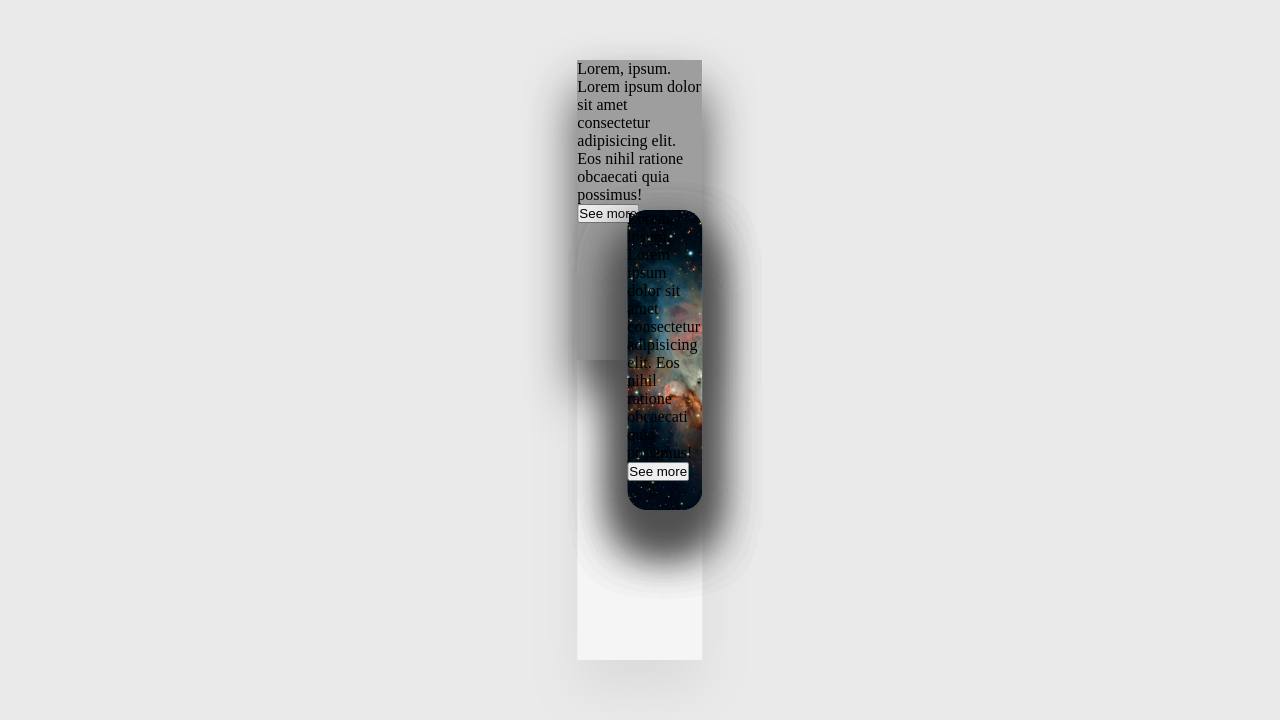
Repository: zeinawady/-Image-Slider-Project
Page: index.html
These files come from the project's save history. The page is drawn as it stood at one moment and after the next save; the edit follows.
The browser window is 1280 px wide. The pictures show the whole page.
Pictures or frames that could not be fetched are drawn as grey boxes.

Above is the page before, as saved 2024-09-19 16:24:53.

### index.html
<!DOCTYPE html>
<html lang="en">

<head>
    <meta charset="UTF-8">
    <meta name="viewport" content="width=device-width, initial-scale=1.0">
    <title>Image Slider</title>
    <link rel="stylesheet" href="css/style.css">
    <link rel="stylesheet" href="css/all.min.css">
</head>

<body>

    <div class="container">
        <div id="slide">
            <div class="item" style="background-image: url(images/img1.jpg);">
                <div class="content">
                    <div class="name">Lorem, ipsum. </div>
                    <div class="content">Lorem ipsum dolor sit amet consectetur adipisicing elit. Eos nihil ratione
                        obcaecati quia possimus!</div>
                        <button>See more</button>
                </div>
            </div>
            <div class="item" style="background-image: url(images/img2.jpg);">
                <div class="content">
                    <div class="name">Lorem, ipsum. </div>
                    <div class="content">Lorem ipsum dolor sit amet consectetur adipisicing elit. Eos nihil ratione
                        obcaecati quia possimus!</div>
                        <button>See more</button>
                </div>
            </div>
            <div class="item" style="background-image: url(images/img3.jpg);">
                <div class="content">
                    <div class="name">Lorem, ipsum. </div>
                    <div class="content">Lorem ipsum dolor sit amet consectetur adipisicing elit. Eos nihil ratione
                        obcaecati quia possimus!</div>
                        <button>See more</button>
                </div>
            </div>
            <div class="item" style="background-image: url(images/img4.jpg);">
                <div class="content">
                    <div class="name">Lorem, ipsum. </div>
                    <div class="content">Lorem ipsum dolor sit amet consectetur adipisicing elit. Eos nihil ratione
                        obcaecati quia possimus!</div>
                        <button>See more</button>
                </div>
            </div>
            <div class="item" style="background-image: url(images/img5.jpg);">
                <div class="content">
                    <div class="name">Lorem, ipsum. </div>
                    <div class="content">Lorem ipsum dolor sit amet consectetur adipisicing elit. Eos nihil ratione
                        obcaecati quia possimus!</div>
                        <button>See more</button>
                </div>
            </div>

            <div class="buttons">
                <button id="prevbtn"><i class="fa-solid fa-caret-left"></i></button>
                <button id="nextbtn"><i class="fa-solid fa-caret-right"></i></button>
            </div>
        </div>
    </div>

    <script src="script.js"></script>
</body>

</html>

### css/style.css
*{
    padding: 0;
    margin: 0;
    box-sizing: border-box;
}
body{
    background-color:#eaeaea ;
    overflow: hidden;
}
.container{
    position: absolute;
    left: 50%;
    top: 50%;
    transform: translate(-50%,-50%);
    max-width: 1000px;
    height: 600px;
    padding: 50px;
    background-color: #f5f5f5;
    box-shadow: 0 30px 50px #dbdbdb;
}
/* Medium screens */
@media (min-width: 768px) and (max-width: 1199px) {
    .container {
        width: 800px;
        height: 500px;
    }
}

/* Small screens */
@media (max-width: 767px) {
    .container {
        width: 90%; /* Use percentage for very small screens to fit */
        max-width: 500px; /* Restrict maximum width */
        height: auto; /* Allow height to adjust automatically */
        padding: 10px; /* Add some padding for content */
    }
}
#slide{
    width: max-content;
    margin-top: 50px;
}
.item{
    max-width: 200px;
    height: 300px;
    background-position: 50% 50%;
    display: inline-block;
    transition: 0.5s;
    background-size: cover;
    position: absolute;
    z-index: 1;
    top: 50%;
    transform: translate(0, -50%);
    border-radius: 20px;
    box-shadow: 0 30px 50px #505050;
}
.item:nth-child(1)
,.item:nth-child(1){
    left: 0;
    top: 0;
    transform: translate(0,0);
    border-radius: 0;
    width: 100%;
}

Loaded but not shown: css/all.min.css (library); script.js (no copy from this time; the picture is the same without it)

After the next save:
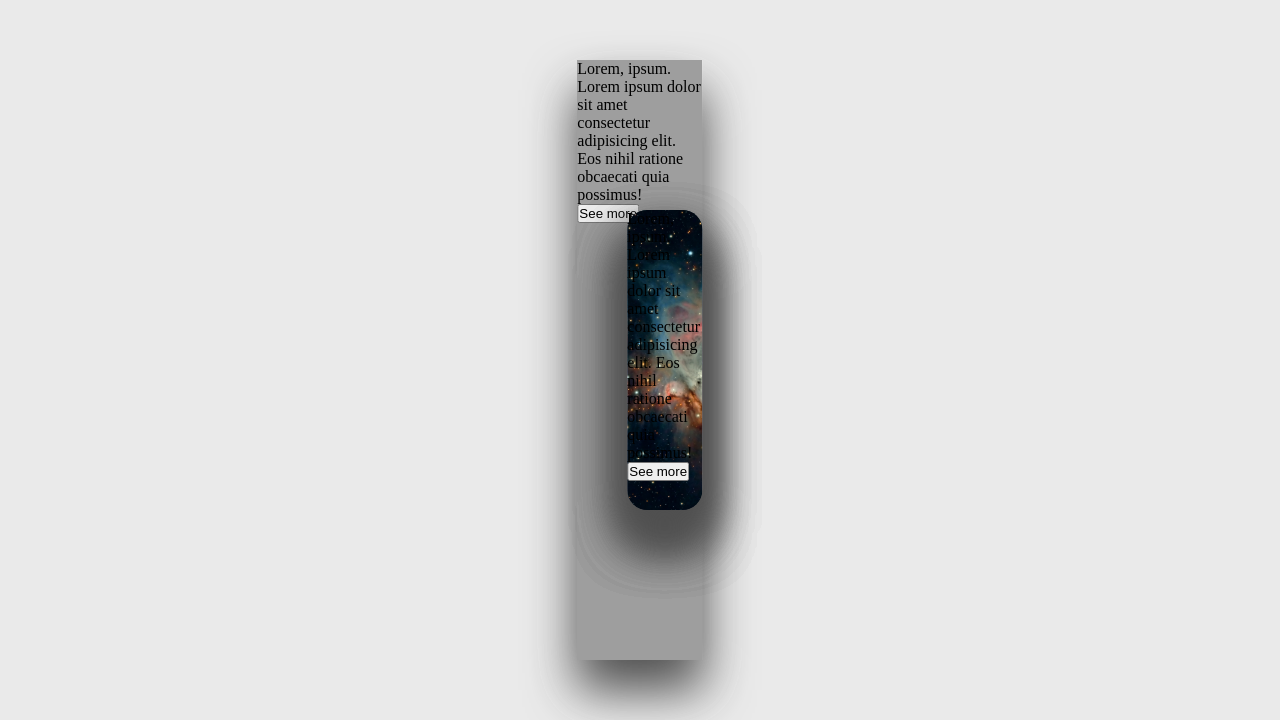
Saved 6 s later.
--- a/css/style.css
+++ b/css/style.css
@@ -60,4 +60,5 @@ body{
     transform: translate(0,0);
     border-radius: 0;
     width: 100%;
+    height: 100%;
 }
